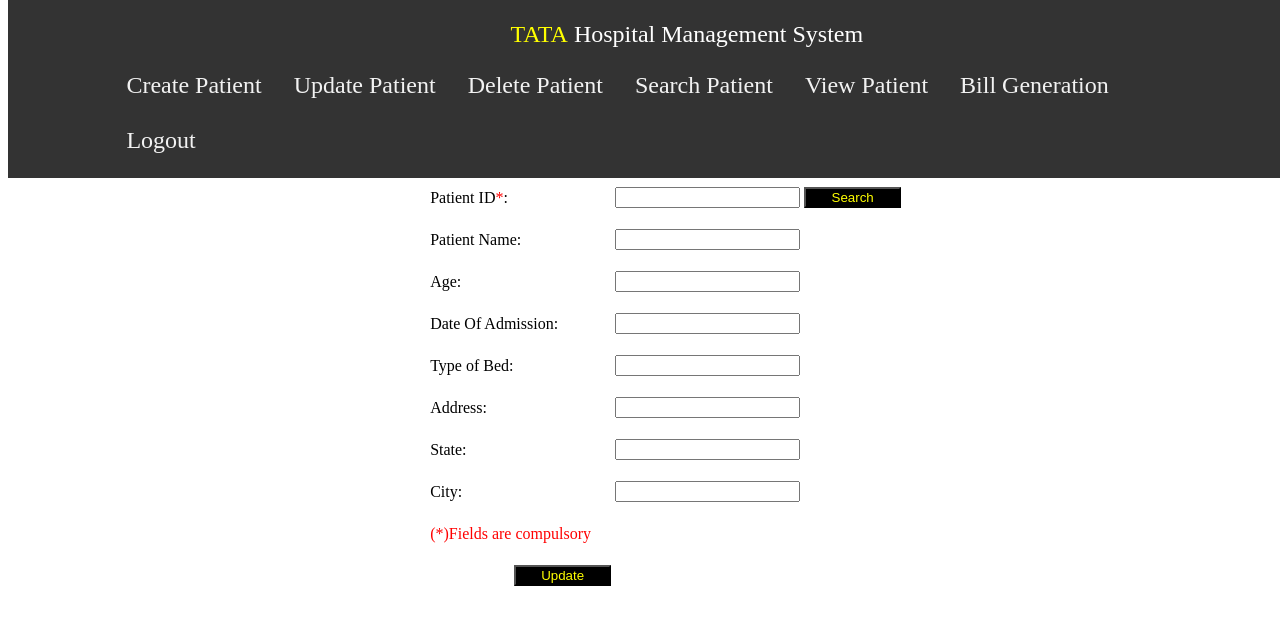
Repository: gopikavinod/RBM
Page: http://localhost/Hospital_Management_System/SearchPatient.jsp
The author's editor kept a copy of each file at every save. The page is drawn from the files as they stood at one save, then again after the next save.
The browser window is 1280 px wide. The pictures show the whole page.
The page is served by Tomcat 9. Nobody is signed in. The application's start-up code is not run. The template is opened directly, without the code that normally fills it, so the values that code supplies are empty.

Above is the page before, as saved 2020-07-02 10:49:22.

After the next save:
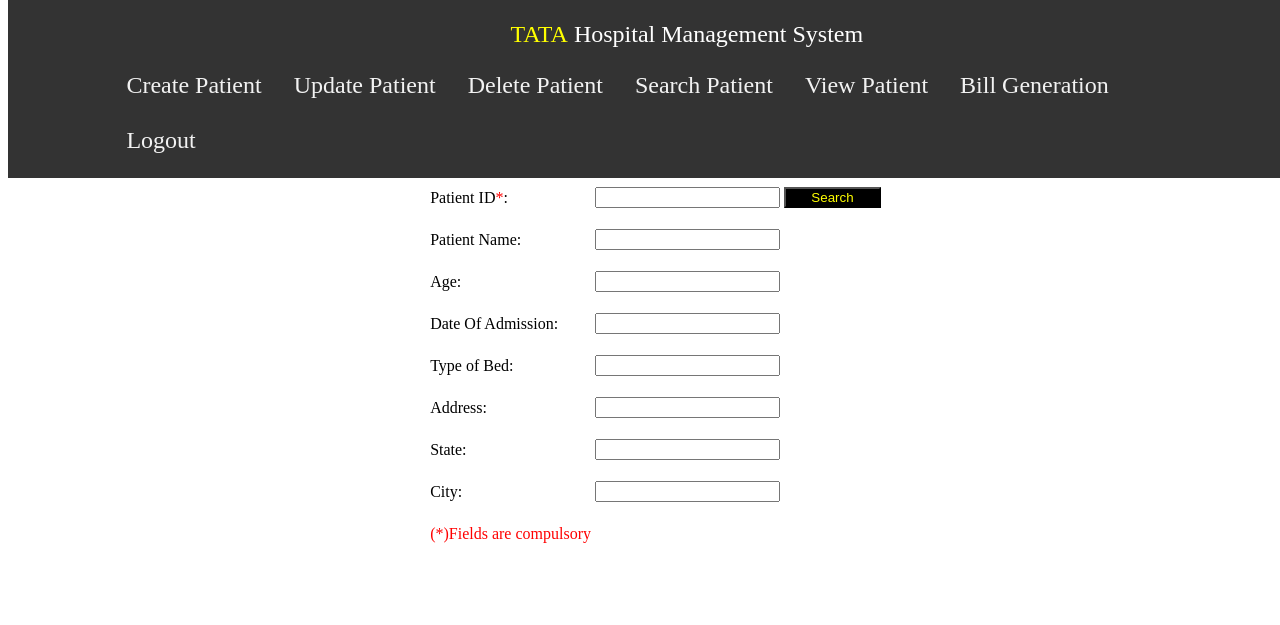
Saved 28 s later.
--- a/eclipse-workspace/Hospital Management System/WebContent/SearchPatient.jsp
+++ b/eclipse-workspace/Hospital Management System/WebContent/SearchPatient.jsp
@@ -80,11 +80,6 @@
 
 </tr>
 
-<tr colspan="1">
-
-<td>&nbsp;&nbsp;&nbsp;&nbsp;&nbsp;&nbsp;&nbsp;&nbsp;&nbsp;&nbsp;&nbsp;&nbsp;&nbsp;&nbsp;&nbsp;&nbsp;&nbsp;&nbsp;&nbsp;&nbsp;&nbsp;<input type="submit" name ="action" value="Update" style="background-color: black;color: yellow ;width:97px"></td>
-
-</tr>
 
 </table>
 
